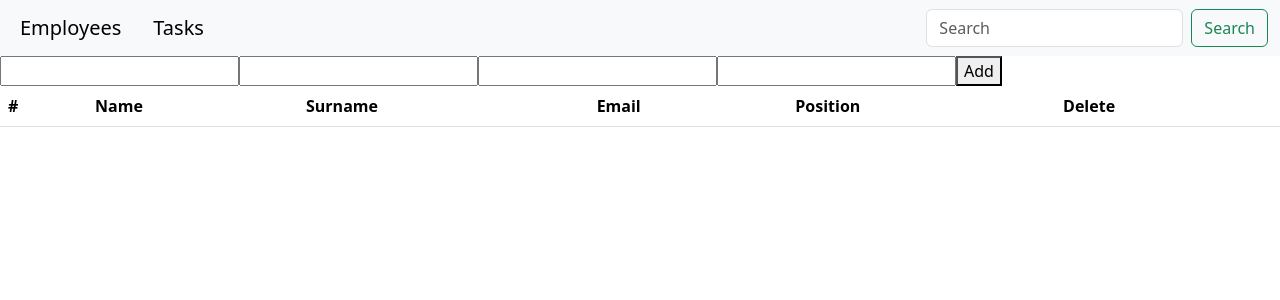
Repository: RaffiBarseghyan/employees
Page: /employees
The author's editor kept a copy of each file at every save. The page is drawn from the files as they stood at one save, then again after a run of saves.
The browser window is 1280 px wide. The pictures show the whole page.
The page's requests for data from a server got no answer. The project was rebuilt for these pictures with package versions that can differ from the ones it lists, and the page was loaded fresh each time. No one was signed in, and anything a server would have sent is missing. Also part of the build but not shown: src/App.css, src/Pages/Employees/employees.module.scss, src/Pages/UpDel/upDel.module.scss, src/Pages/UpDel/delete.jsx, src/Pages/Tasks/tasks.jsx.

Above is the page before, as saved 2023-06-15 01:08:57.

### src/App.jsx
import "./App.css";
import Header from "./Pages/Header/header";
import { BrowserRouter, Routes, Route } from "react-router-dom";
import "bootstrap/dist/css/bootstrap.css";
import Employees from "./Pages/Employees/employees";
import Tasks from "./Pages/Tasks/tasks";

function App() {
  return (
    <>
      <BrowserRouter>
        <Header />

        <Routes>
          <Route path="/employees" element={<Employees />} />

          <Route path="/tasks" element={<Tasks />} />

          {/*
          <Route path="/category/:search" element={<Category />} />

          <Route path="/toy/:userId" element={<Toy />} />  */}
        </Routes>
      </BrowserRouter>
    </>
  );
}

export default App;

### src/Pages/Header/header.jsx
import { Link } from "react-router-dom";
import style from "./header.module.scss";

function Header() {
  return (
    <>
      <nav className="navbar navbar-expand-lg bg-body-tertiary">
        <div className="container-fluid">
          <button
            className="navbar-toggler"
            type="button"
            data-bs-toggle="collapse"
            data-bs-target="#navbarSupportedContent"
            aria-controls="navbarSupportedContent"
            aria-expanded="false"
            aria-label="Toggle navigation"
          >
            <span className="navbar-toggler-icon"></span>
          </button>
          <div className="collapse navbar-collapse" id="navbarSupportedContent">
            <ul className="navbar-nav me-auto mb-2 mb-lg-0">
              <li className="nav-item">
                <Link className={`nav-link navbar-brand active ${style.linkStyle}`} to="/employees">
                  Employees
                </Link>
              </li>
              <li className="nav-item">
                <Link
                  className={`nav-link navbar-brand ${style.linkStyle}`}
                  to="/tasks"
                >
                  Tasks
                </Link>
              </li>
            </ul>
            <form className="d-flex" role="search">
              <input
                className="form-control me-2"
                type="search"
                placeholder="Search"
                aria-label="Search"
              />
              <button className="btn btn-outline-success" type="submit">
                Search
              </button>
            </form>
          </div>
        </div>
      </nav>
    </>
  );
}

export default Header;

### src/Pages/Employees/employees.jsx
import { useEffect, useState } from "react";
import style from "./employees.module.scss";
import axios from "axios";
import Delete from "../UpDel/delete";

function Employees() {
  const [data, setdata] = useState([]);

  useEffect(() => {
    axios
      .get(
        `https://rocky-temple-83495.herokuapp.com/employees?_page=1&_limit=10`
      )
      .then((res) => {
        const persons = res.data;
        setdata(persons);
      });
  }, []);
  return (
    <>

        <div>

            <input type="text" />
            <input type="text" />
            <input type="email" />
            <input type="text" />
            <button>
                Add
            </button>
        </div>


      <table className="table">
        <thead>
          <tr>
            <th scope="col">#</th>
            <th scope="col">Name</th>
            <th scope="col">Surname</th>
            <th scope="col">Email</th>
            <th scope="col">Position</th>
            <th scope="col">Delete</th>
          </tr>
        </thead>
        <tbody>
          {data.map((item) => {
            return (
              <tr key={item.id} className={`${style.employees} `}>
                <th scope="row">{item.id}</th>
                <td>{item.name}</td>
                <td>{item.surname}</td>
                <td>{item.email}</td>
                <th>{item.position}</th>

                <th>
                  <button className={`${style.basketButtonDe} btn btn-danger `}>
                    <Delete id={item.id} req="user" />
                  </button>
                </th>
              </tr>
            );
          })}
        </tbody>
      </table>
    </>
  );
}

export default Employees;

Loaded but not shown: src/index.js (common file); src/index.css (common file); src/reportWebVitals.js (common file); src/Pages/Header/header.module.scss (no stored copy; drawn as an empty file)

After the next 3 saves:
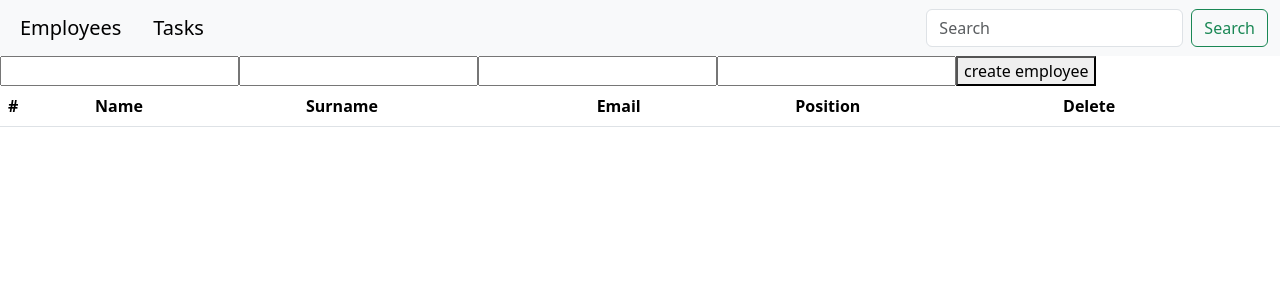
The 3 saves are shown as one change because they came seconds apart.
The last was saved 25 s later.
--- a/src/Pages/Employees/employees.jsx
+++ b/src/Pages/Employees/employees.jsx
@@ -18,18 +18,13 @@ function Employees() {
   }, []);
   return (
     <>
-
-        <div>
-
-            <input type="text" />
-            <input type="text" />
-            <input type="email" />
-            <input type="text" />
-            <button>
-                Add
-            </button>
-        </div>
-
+      <div>
+        <input type="text" />
+        <input type="text" />
+        <input type="email" />
+        <input type="text" />
+        <button>create employee</button>
+      </div>
 
       <table className="table">
         <thead>
